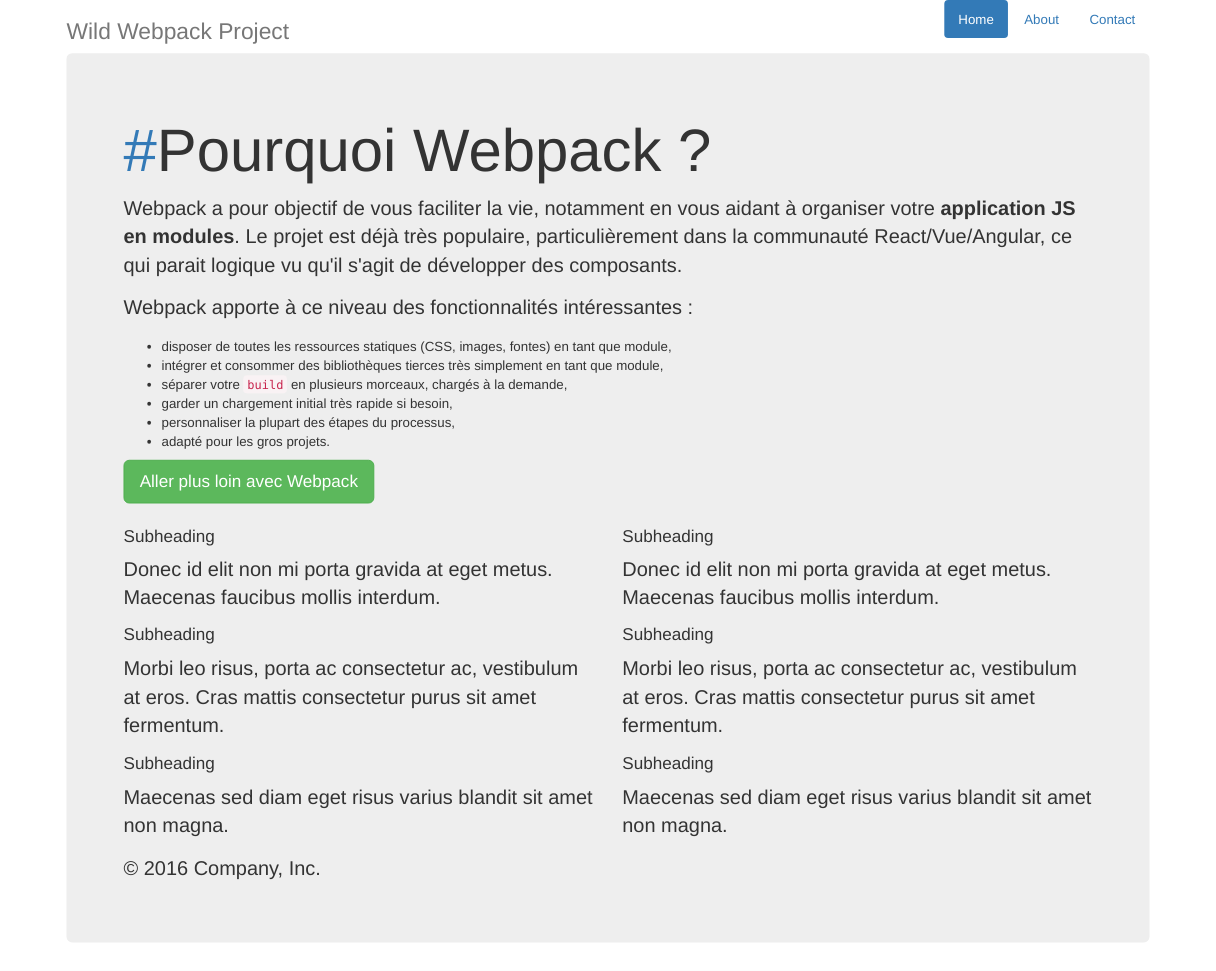
Repository: Symfomany/wildwebpack
Page: src/index.html
An editor plug-in stored every save of this project. The page is shown before and after the next save, followed by the edit.
The browser window is 1280 px wide. The pictures show the whole page, at 95% of full size.

Above is the page before, as saved 2017-03-03 07:30:36.

After the next save:
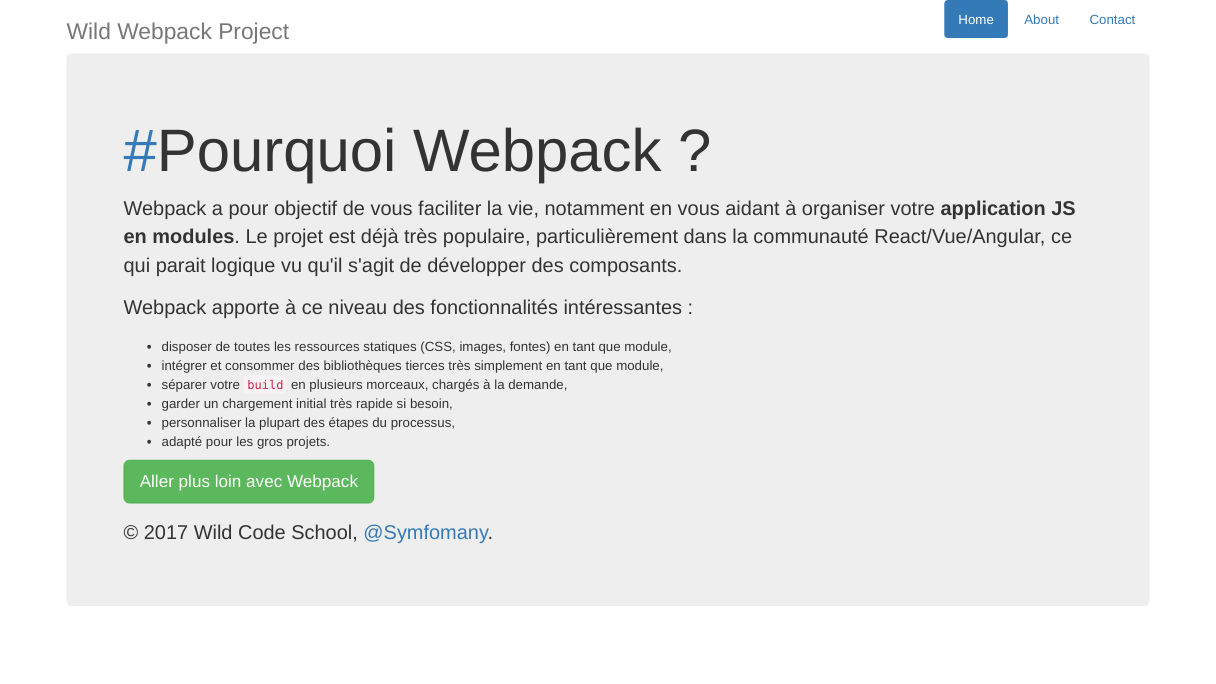
Saved 61 s later.
--- a/src/index.html
+++ b/src/index.html
@@ -42,32 +42,9 @@
         <p><a class="btn btn-lg btn-success" href="https://webpack.js.org/concepts/" role="button">Aller plus loin avec Webpack</a></p>
       </div>
 
-      <div class="row marketing">
-        <div class="col-lg-6">
-          <h4>Subheading</h4>
-          <p>Donec id elit non mi porta gravida at eget metus. Maecenas faucibus mollis interdum.</p>
-
-          <h4>Subheading</h4>
-          <p>Morbi leo risus, porta ac consectetur ac, vestibulum at eros. Cras mattis consectetur purus sit amet fermentum.</p>
-
-          <h4>Subheading</h4>
-          <p>Maecenas sed diam eget risus varius blandit sit amet non magna.</p>
-        </div>
-
-        <div class="col-lg-6">
-          <h4>Subheading</h4>
-          <p>Donec id elit non mi porta gravida at eget metus. Maecenas faucibus mollis interdum.</p>
-
-          <h4>Subheading</h4>
-          <p>Morbi leo risus, porta ac consectetur ac, vestibulum at eros. Cras mattis consectetur purus sit amet fermentum.</p>
-
-          <h4>Subheading</h4>
-          <p>Maecenas sed diam eget risus varius blandit sit amet non magna.</p>
-        </div>
-      </div>
 
       <footer class="footer">
-        <p>© 2016 Company, Inc.</p>
+        <p>© 2017 Wild Code School, <a href="https://twitter.com/Symfomany?lang=fr">@Symfomany</a>.</p>
       </footer>
 
     </div>
